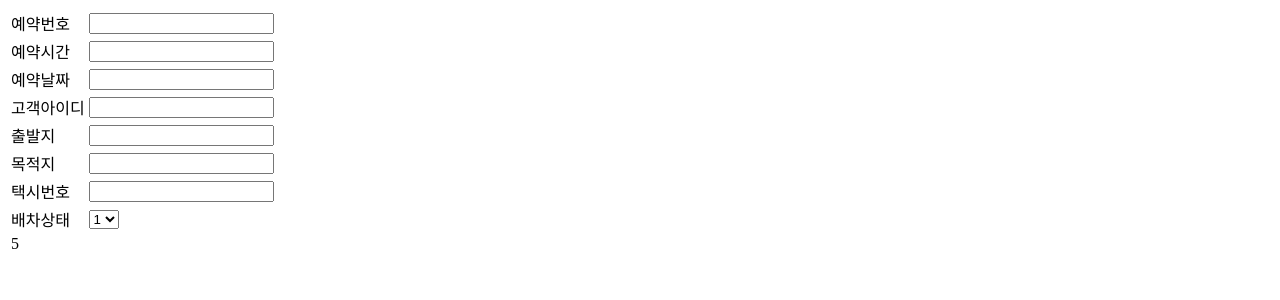
Repository: khs220507/WebClass
Page: prj0828/src/main/webapp/register_taxi.html
An editor plug-in stored every save of this project. The page is shown before and after the next save, followed by the edit.
The browser window is 1280 px wide. The pictures show the whole page.

Above is the page before, as saved 2023-08-28 06:38:37.

After the next save:
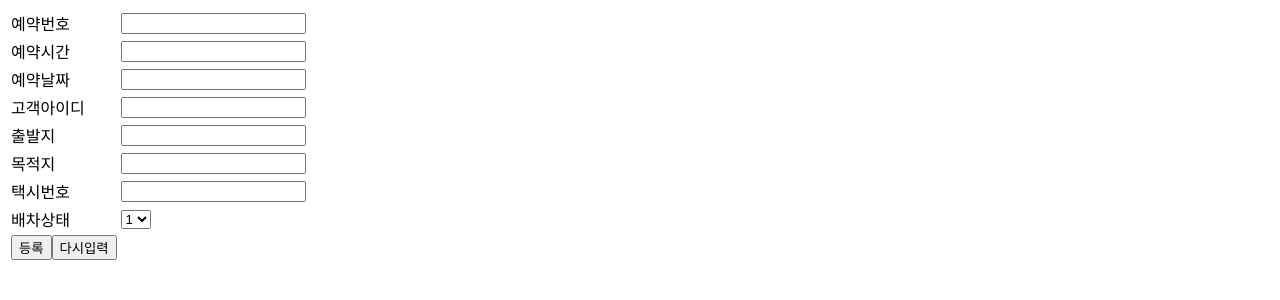
Saved 111 s later.
--- a/prj0828/src/main/webapp/register_taxi.html
+++ b/prj0828/src/main/webapp/register_taxi.html
@@ -44,7 +44,7 @@
 			</select></td>
 		</tr>
 		<tr>
-			<td>5</td>
+			<td><button>등록</button><button>다시입력</button></td>
 
 		</tr>
 	</table>
